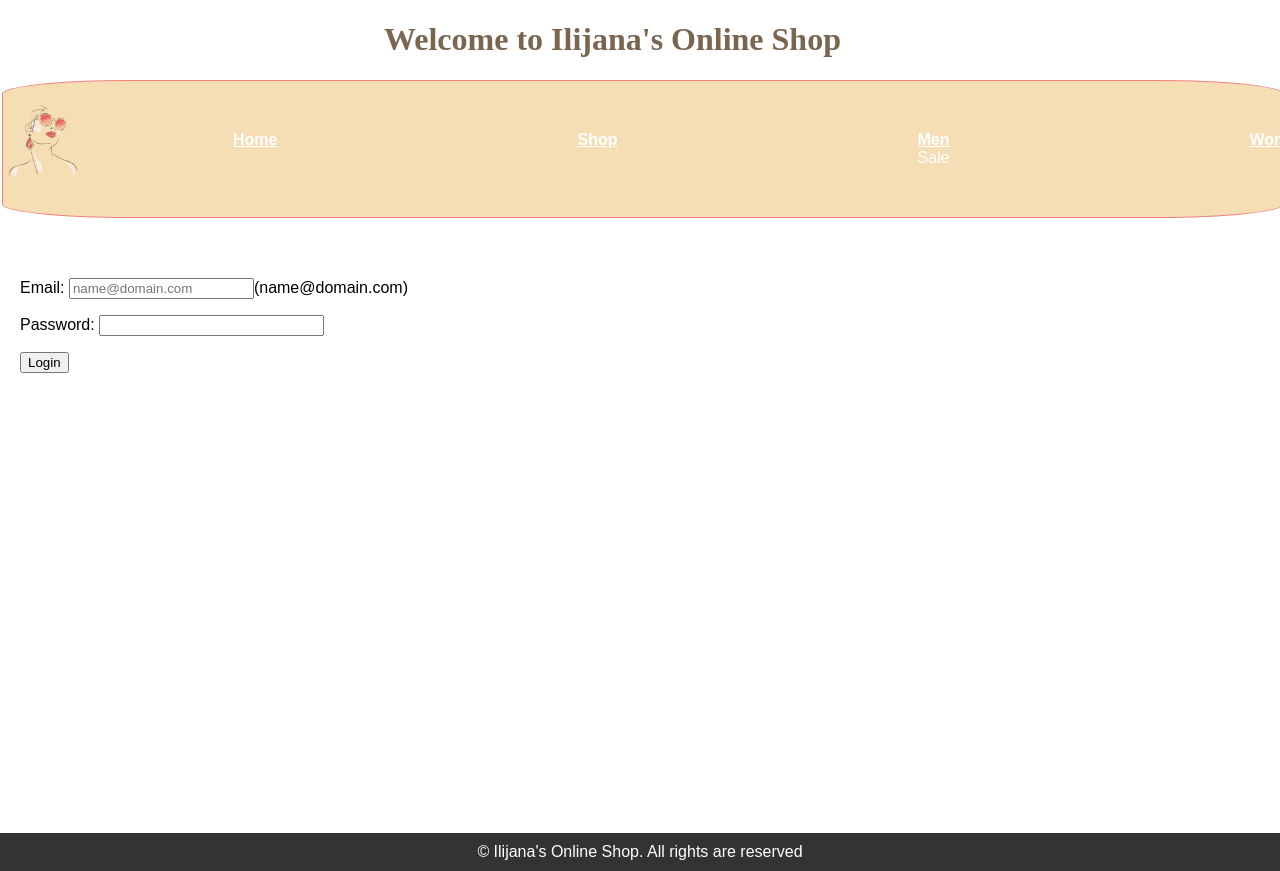
Repository: ilijana123/Proekt1
Page: html.html
An editor plug-in stored every save of this project. The page is shown before and after the next save, followed by the edit.
The browser window is 1280 px wide. The pictures show the whole page.

Above is the page before, as saved 2023-11-13 02:00:11.

### html.html
<!DOCTYPE html>
<html>
    <head>

    <meta charset="utf-8">
    <title>Online shop</title>
    <link rel="stylesheet" type="text/css" href="1.css">
    <script src="script.js"></script>

    </head>

    <body>
    <header>
       <h1>Welcome to Ilijana's Online Shop</h1>
    </header>

    <nav>
        <div class="social-call">
        <div class="social">
            <a href="#"><i class="fab fa-facebook-f"></i></a>
            <a href="#"><i class="fab fa-twitter"></i></a>
            <a href="#"><i class="fab fa-youtube"></i></a>
            <a href="#"><i class="fab fa-instagram"></i></a>
        </div>
        </div>
        <div class="navigation">
            <a href="#" class="logo"><img src="logo.png"></a>
            <div class="toggle"></div>
            <ul class="menu">
            <li><a href="#">Home</a></li>
            <li  class="shop"><a href="#" >Shop</a></li>
            <li><a href="#">Men</a>
                <span class="sale-lable">Sale</span>
            </li>
            <li><a href="#">Women</a></li>
            <li><a href="#">Kids</a></li>
            </ul>
            <div class="right-menu">
            <a href="javascript:void(0);" class="search">
                <i class="fas fa-search"></i>
            </a>
            <a href="javascript:void(0);" class="user">
                <i class="far fa-user"></i>
            </a>
            <a href="#">
                <i class="fas fa-shopping-cart">
                    <span class="num-cart-product">0</span>
                </i>
            </a>
            </div>
        </div>
    </nav>

       <section id="home">
            <h2>Home</h2>
            <p>Opis</p>
        </section>

        <section id="contact">
            <form method="post" autocomplete="on">
                <p><label>Email:
                    <input type="email" id="email"
                        placeholder="name@domain.com"/>(name@domain.com)
                </label></p>
                <p><label>Password:
                    <input type="password" id="password" size="25"
                        placeholder=""/>
                </label></p>
                <button onclick="btnClicked()">Login</button>
            </form>
       </section>

       <section id="category1"></section>
       <section id="category2"></section>
       <section id="category3"></section>
       <section id="instagram"></section>
      <section id="survey">
      </section>
      <section id="questionnaire">
      </section>
      <section id="contact">
      </section>
       <footer> &copy; Ilijana's Online Shop. All rights are reserved</footer>

    </body>
</html>

### 1.css
h1  {
     font-family: fantasy;
        color:rgb(122, 101, 79);
        position:relative;
        margin-left: 30%;
        text-decoration:double;
        text-decoration-color: aliceblue;
    }
    body
    {
        margin: 0;
        padding: 0;
        font-family: Arial, sans-serif;
    }
    .navigation
    {
        display:flex;
        justify-content: space-between;
        allign-items: center;
        background-color: wheat;
        margin:auto;
        position: fixed;
        color: white;
        padding:auto;
        left: 2px;
        right: 2px;
        width: 100%;
        z-index: 100;
        border: 1px solid rgba(0,0,0,03);
        border-radius: 10%;
        border-color: lightcoral;
    }
    nav ul
    {
        list-style-type: none;
        margin: 0;
        padding: 0;
        display: flex;
        margin-top: 50px;
        flex-direction: row;
    }
    nav ul li
    {
        display: block;
        margin-bottom: 50px;
        margin-right: 150px;
        margin-left:150px;
    }
    section {
        padding: 20px;
        margin: 20px 0;
    }
    nav a
    {
        color: white;
        font-weight:bolder;
        size: 50px;
    }
    nav a:hover {
        color: #555;
    }

    footer {
        background-color: #333;
        color: white;
        text-align: center;
        padding: 10px;
    }
    .logo img
    {
        height: 80px;
        margin-top: 20px;
    }

### script.js
function btnClicked()
{
    document.location.href="html1.html";
}

After the next save:
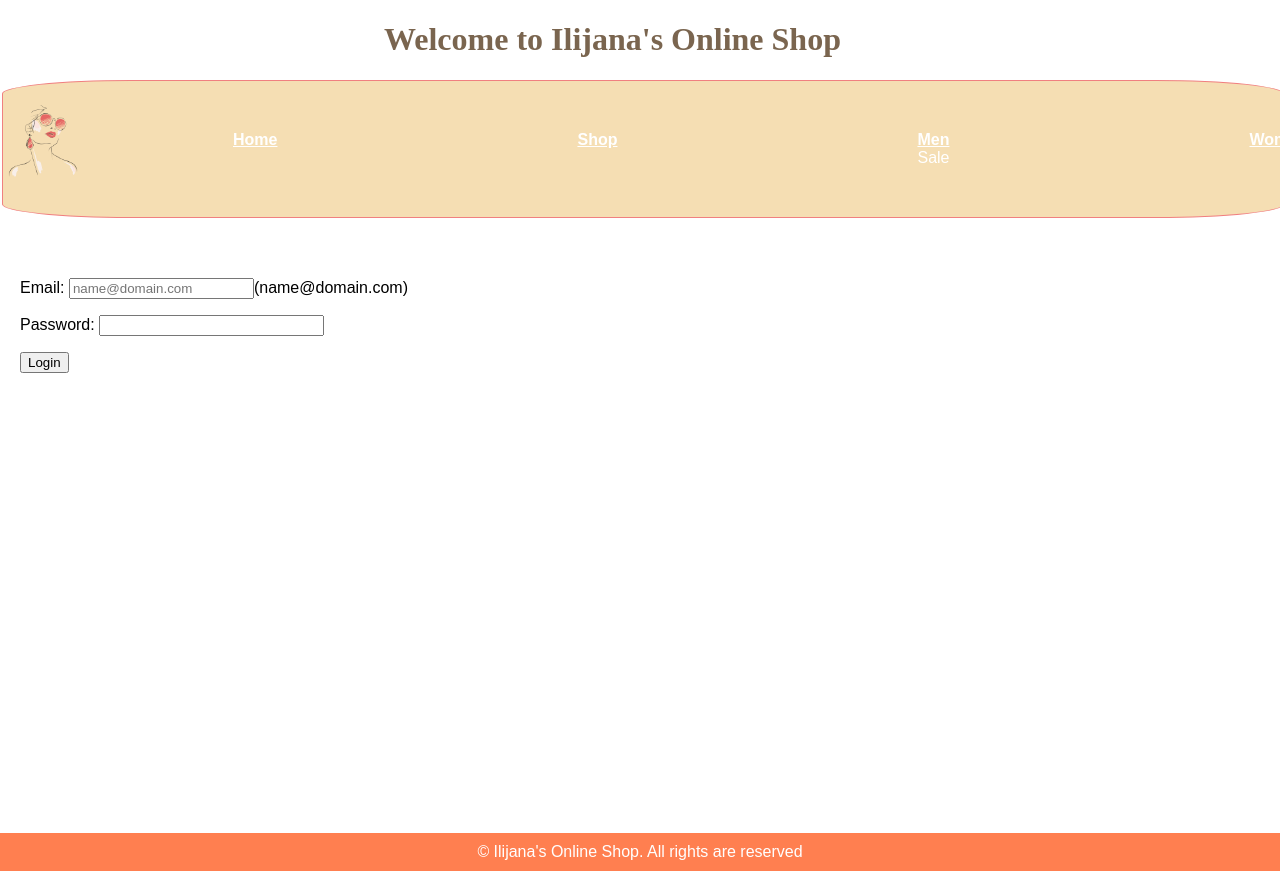
Saved 33 s later.
--- a/1.css
+++ b/1.css
@@ -61,7 +61,7 @@ h1  {
     }
 
     footer {
-        background-color: #333;
+        background-color:coral;
         color: white;
         text-align: center;
         padding: 10px;
